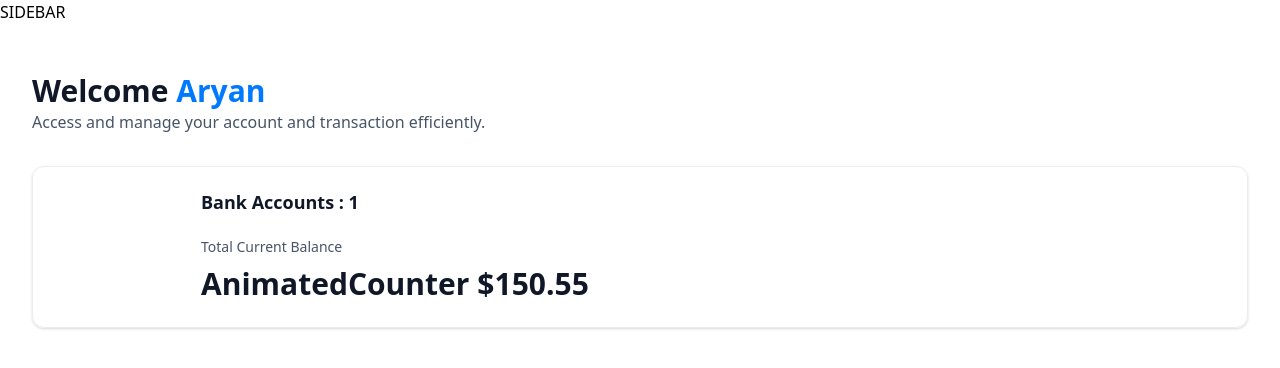
Repository: Strong02coder/banking_app
Page: /
These files come from the project's save history. The page is drawn as it stood at one moment and after the next save; the edit follows.
The browser window is 1280 px wide. The pictures show the whole page.
The project was rebuilt for these pictures with package versions that can differ from the ones it lists, and the page was loaded fresh each time. The framework's server and built-in components were replaced by stand-ins that run in the browser. Also part of the build but not shown: next.config.mjs.

Above is the page before, as saved 2024-09-18 20:42:52.

### app/layout.tsx
import type { Metadata } from "next";
import localFont from "next/font/local";
import "./globals.css";

const geistSans = localFont({
  src: "./fonts/GeistVF.woff",
  variable: "--font-geist-sans",
  weight: "100 900",
});
const geistMono = localFont({
  src: "./fonts/GeistMonoVF.woff",
  variable: "--font-geist-mono",
  weight: "100 900",
});

export const metadata: Metadata = {
  title: "Horizon",
  description: "Horizon is a modern banking platform for everyone.",
	icons: {
		icon: '/icons/logo.svg'
	}
};

export default function RootLayout({
  children,
}: Readonly<{
  children: React.ReactNode;
}>) {
  return (
    <html lang="en">
      <body className={`${geistSans.variable} ${geistMono.variable}antialiased`}>{children}</body>
    </html>
  );
}

### app/(root)/layout.tsx
export default function RootLayout({
  children,
}: Readonly<{
  children: React.ReactNode;
}>) {
  return (
    <main>
			SIDEBAR
			{children}
		</main>
  );
}

### app/(root)/page.tsx
import HeaderBox from '@/components/Headerbox'
import TotalBalanceBox from '@/components/TotalBalanceBox'

const Home = () => {
	const loggedIn = {firstName : 'Aryan'}
	return (
		<section className="home">
			<div className="home-content">
				<header className="home-header">
					<HeaderBox
					  type = "greeting"
						title = "Welcome"
						user = {loggedIn?.firstName || 'Guest'}
						subtext = "Access and manage your account and transaction efficiently."
					/>
					<TotalBalanceBox
					  accounts = {[]}
						totalBanks = {1}
						totalCurrentBalance = {150.55}
					/>
				</header>
			</div>
		</section>
	)
}

export default Home

### components/Headerbox.tsx
const Headerbox = ({type = "title", title, subtext, user}: HeaderBoxProps) => {
	return (
		<div className="header-box">
			<h1 className="header-box-title">
				{title}
				{type === 'greeting' && (
					<span className="text-bankGradient">
						&nbsp;{user}
					</span>
				)}
				<p className="header-box-subtext">{subtext}</p>

			</h1>
		</div>
	)
}

export default Headerbox

### components/TotalBalanceBox.tsx
import { formatAmount } from '@/lib/utils'
import AnimatedCounter from './AnimatedCounter'

const TotalBalanceBox = ({accounts = [], totalBanks, totalCurrentBalance}: TotlaBalanceBoxProps) => {
	return (
		<section className="total-balance">
			<div className="total-balance-chart">
				{/* DonughnutChart */}
			</div>
			<div className="flex flex-col gap-6">
				<h2 className="header-2">
					Bank Accounts : {totalBanks}
				</h2>
				<div className="flex flex-col gap-2">
					<p className="total-balance-label">
						Total Current Balance
					</p>
					<p className="total-balance-amount flex-center gap-2">
						<AnimatedCounter amount={totalCurrentBalance}/>
						{formatAmount(totalCurrentBalance)}
					</p>
				</div>
			</div>
		</section>
	)
}

export default TotalBalanceBox

### components/AnimatedCounter.tsx
import React from 'react'

const AnimatedCounter = () => {
	return (
		<div>AnimatedCounter</div>
	)
}

export default AnimatedCounter

Loaded but not shown: app/globals.css (common file); lib/utils.ts (common file); tailwind.config.ts (common file)

After the next save:
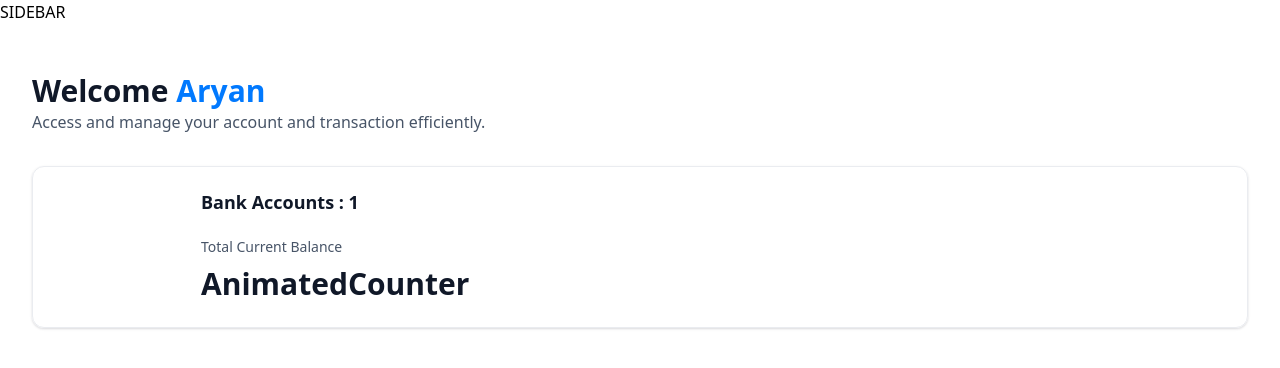
Saved 27 s later.
--- a/components/TotalBalanceBox.tsx
+++ b/components/TotalBalanceBox.tsx
@@ -17,7 +17,6 @@ const TotalBalanceBox = ({accounts = [], totalBanks, totalCurrentBalance}: Totla
 					</p>
 					<p className="total-balance-amount flex-center gap-2">
 						<AnimatedCounter amount={totalCurrentBalance}/>
-						{formatAmount(totalCurrentBalance)}
 					</p>
 				</div>
 			</div>
